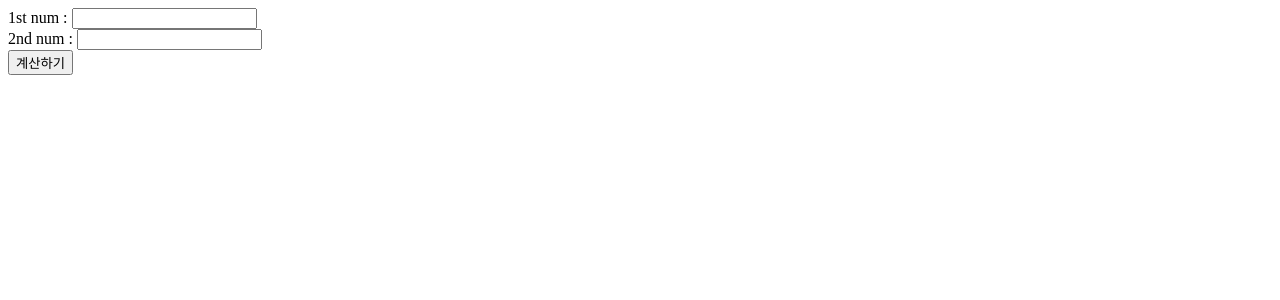
Repository: chuni90/bigdata
Page: http://localhost/tutorial_02/add_3.jsp
These files come from the project's save history. The page is drawn as it stood at one moment and after the next save; the edit follows.
The browser window is 1280 px wide. The pictures show the whole page.
The page is served by Tomcat 9.

Above is the page before, as saved 2019-09-23 07:40:17.

### 2. Java DB/Oracle/tutorial_02/WebContent/add_3.jsp
<%@ page language="java" contentType="text/html; charset=UTF-8"
    pageEncoding="UTF-8"%>


<!DOCTYPE html PUBLIC "-//W3C//DTD HTML 4.01 Transitional//EN" "http://www.w3.org/TR/html4/loose.dtd">
<html>
	<head>
		<meta http-equiv="Content-Type" content="text/html; charset=UTF-8">
		<title>Insert title here</title>
	</head>
	<body>
		<form action = "add_pro.jsp" method = "post">
			1st num : <input name = "num1" type = "text"/><br>
			2nd num : <input name = "num2" type = "text"/><br>

			<input type = "submit" value = "계산하기"/>
		</form>

	</body>
</html>

After the next save:
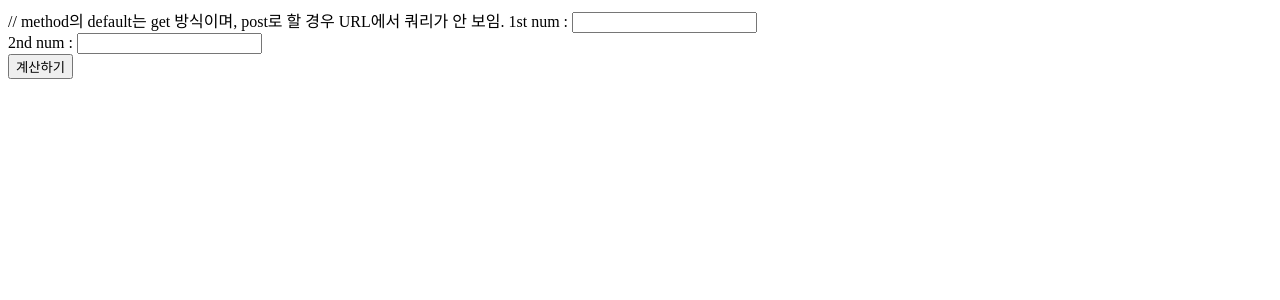
Saved 80 s later.
--- a/2. Java DB/Oracle/tutorial_02/WebContent/add_3.jsp
+++ b/2. Java DB/Oracle/tutorial_02/WebContent/add_3.jsp
@@ -9,7 +9,7 @@
 		<title>Insert title here</title>
 	</head>
 	<body>
-		<form action = "add_pro.jsp" method = "post">
+		<form action = "add_pro.jsp" method = "post"> // method의 default는 get 방식이며, post로 할 경우 URL에서 쿼리가 안 보임.
 			1st num : <input name = "num1" type = "text"/><br>
 			2nd num : <input name = "num2" type = "text"/><br>
 
